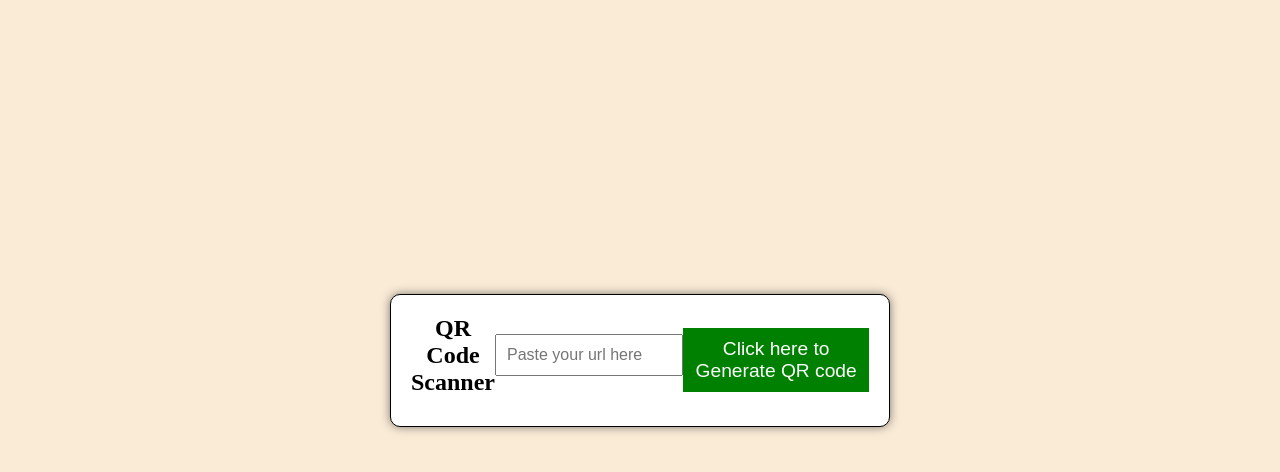
Repository: JunaidAnsari202/QR-Scanner
Page: index.html
An editor plug-in stored every save of this project. The page is shown before and after a run of saves, followed by the edit.
The browser window is 1280 px wide. The pictures show the whole page.

Above is the page before, as saved 2024-10-12 20:56:44.

### index.html
<!DOCTYPE html>
<html lang="en">
<head>
    <meta charset="UTF-8">
    <meta name="viewport" content="width=device-width, initial-scale=1.0">
    <title>Document</title><link rel="stylesheet" href="style.css">
</head>
<body>
    <div class="qr-container">
        <h2>QR Code Scanner</h2>
        <input type="text" id="qr-input" placeholder="Paste your url here">
        <button id="qr-button">Click here to Generate QR code</button>
        <img src="" alt="" id="qr-img">
    </div>
</body>
<script src="script.js"></script>
</html>

### style.css
*{
    padding: 0;
    margin: 0;
    box-sizing: border-box;
}

body{
    background-color: antiquewhite;
    display: flex;
    justify-content: center;
    align-items: center;
    height: 100vh;
}

.qr-container{
    display: flex;
    justify-content: center;
    align-items: center;
    border: 1px solid black;
    border-radius: 10px;
    padding: 20px;
    width: 500px;
    box-shadow: 0 0 10px 0 rgba(0,0,0,0.5 );
    background-color: white;
}

h2{
    text-align: center;
    margin-bottom: 10px;
}

#qr-input{
    display: block;
    margin-bottom: 10px;
    width: 100%;
    font-size: 16px;
    padding: 10px;
}

#qr-button{
    width: 100%;
    padding: 10px;
    font-size: 1.2rem;
    border: none;
    background-color:green;
    color: white;
}

#qr-img{
    display: flex;
    justify-content: center;
    align-items: center;
}

### script.js
let qrInput = document.getElementById('qr-input');
let qrImg = document.getElementById('qr-img');
let qrButton = document.getElementById('qr-button');


console.log(qrInput, qrImg, qrButton);


qrButton.addEventListener('click',()=>{
    let inputValue = qrInput.value;


if(!inputValue){
    alert('Please enter a valid Url');
    return;
}else{
    qrImg.src=`https://api.qrserver.com/v1/create-qr-code/?size=150x150&data=${inputValue}`;
    qrImg.alt = `QR code for ${inputValue}`;

}

});

After the next 5 saves:
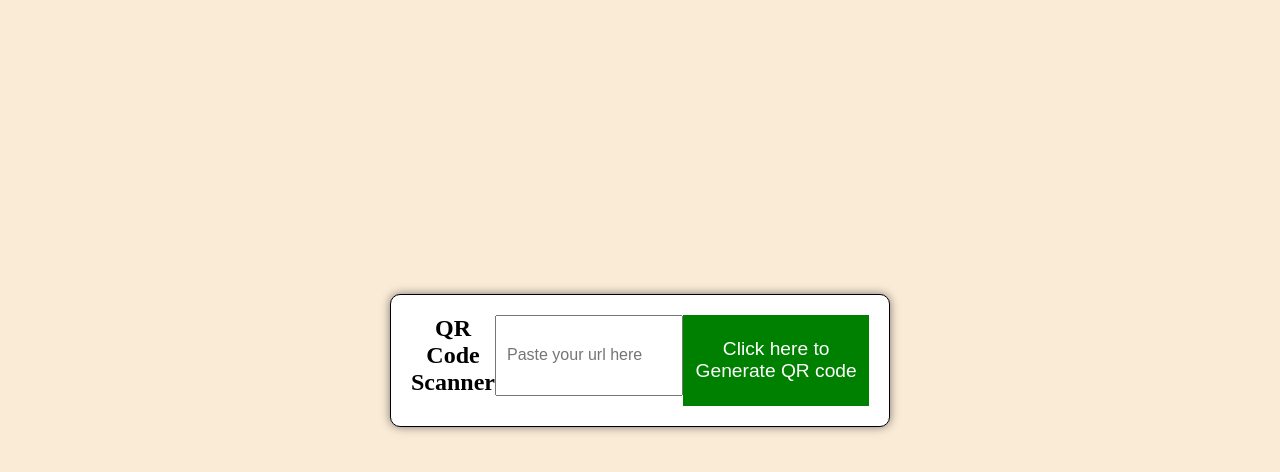
The 5 saves are shown as one change because they came seconds apart.
The last was saved 13 s later.
--- a/style.css
+++ b/style.css
@@ -15,7 +15,6 @@ body{
 .qr-container{
     display: flex;
     justify-content: center;
-    align-items: center;
     border: 1px solid black;
     border-radius: 10px;
     padding: 20px;
